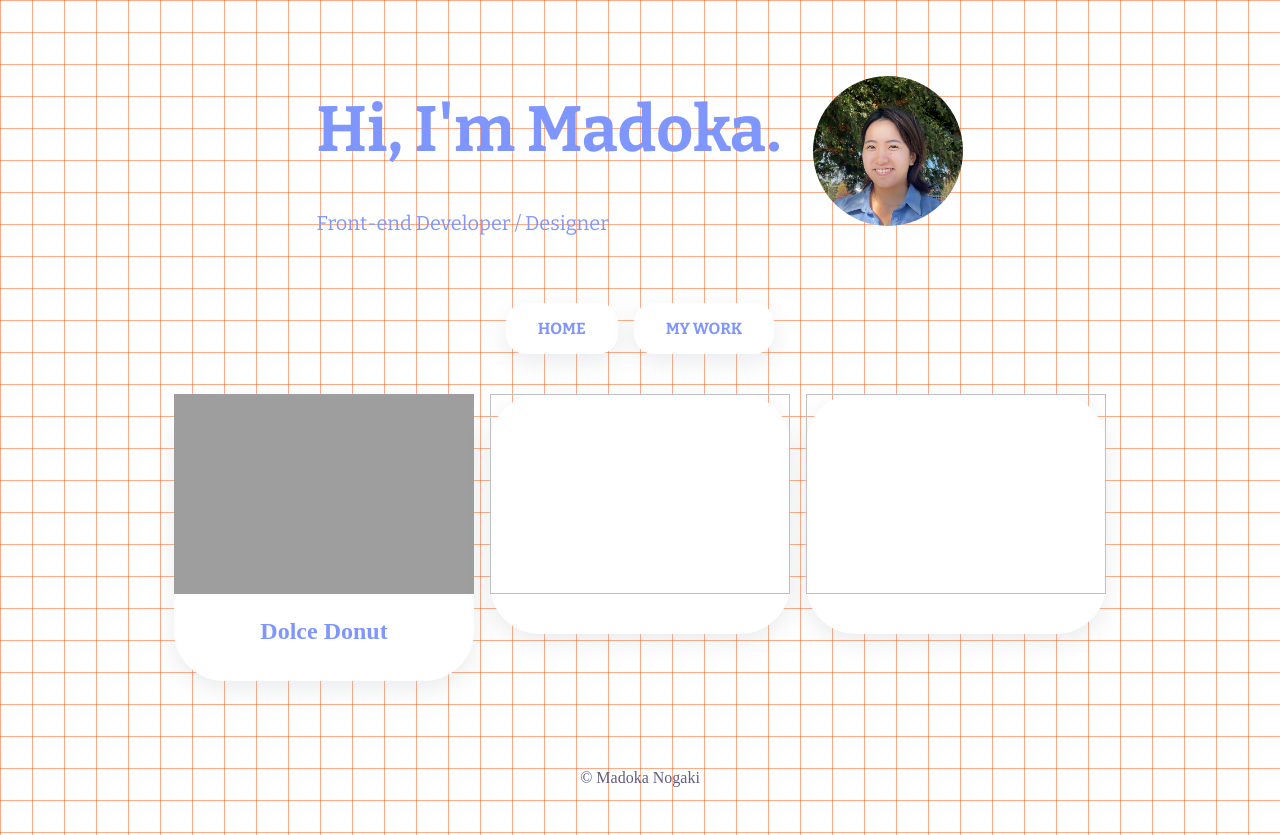
Repository: ohmaruko/portfolio
Page: /works
The author's editor kept a copy of each file at every save. The page is drawn from the files as they stood at one save, then again after a run of saves.
The browser window is 1280 px wide. The pictures show the whole page.
Pictures or frames that could not be fetched are drawn as grey boxes. The project was rebuilt for these pictures with package versions that can differ from the ones it lists, and the page was loaded fresh each time. The framework's server and built-in components were replaced by stand-ins that run in the browser. Also part of the build but not shown: next.config.mjs.

Above is the page before, as saved 2024-02-17 22:16:08.

After the next 2 saves:
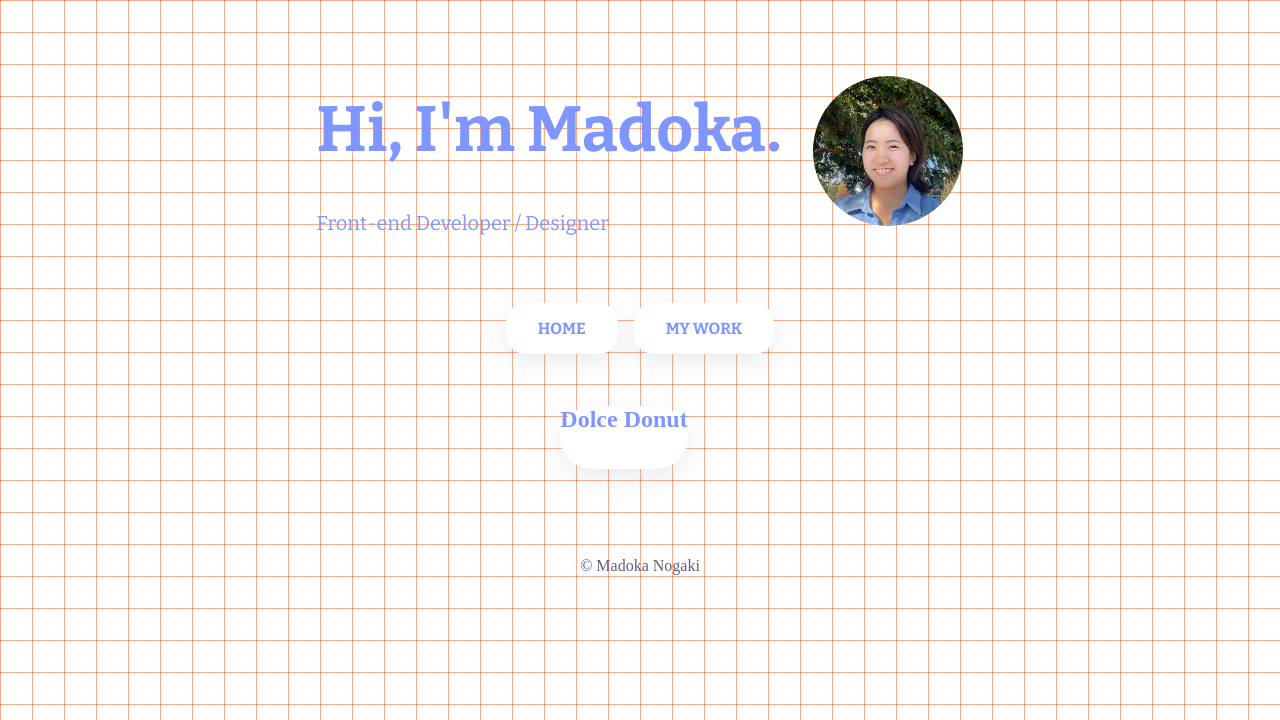
The 2 saves are shown as one change because they came seconds apart.
The last was saved 11 s later.
--- a/components/Box2/index.js
+++ b/components/Box2/index.js
@@ -8,7 +8,7 @@ export default function Box2({
 }) {
     return (
         <div className={styles.box2}>
-            <Image src={image} width={300} height={200}/>
+            <a></a>
             <h2 style={{color: "var(--blue)", textAlign: "center"}}>{title}</h2>
         </div>
     )
